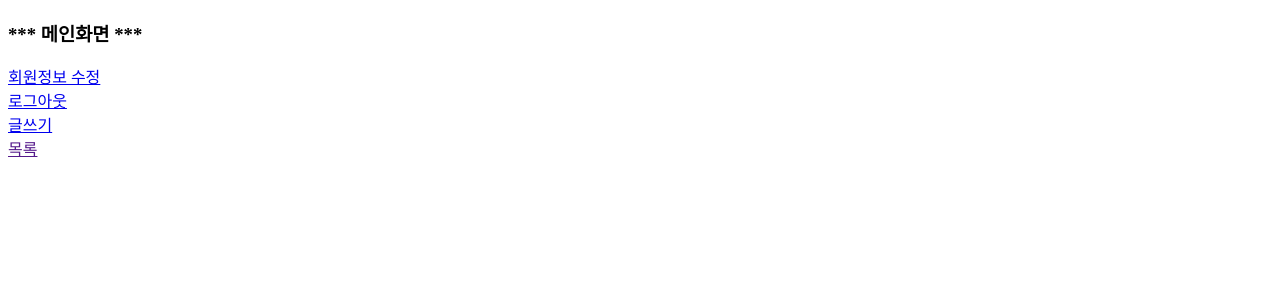
Repository: dahye1013/java-basic-learning
Page: http://localhost/memberJSP/main/index.jsp
An editor plug-in stored every save of this project. The page is shown before and after the next save, followed by the edit.
The browser window is 1280 px wide. The pictures show the whole page.
The page is served by Tomcat 9.

Above is the page before, as saved 2020-06-10 02:40:30.

After the next save:
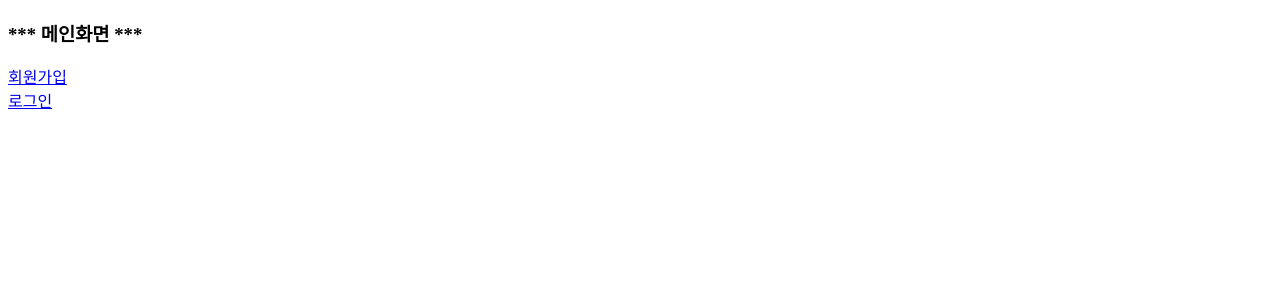
Saved 33 s later.
--- a/memberJSP/WebContent/main/index.jsp
+++ b/memberJSP/WebContent/main/index.jsp
@@ -9,7 +9,7 @@
 <body>
 <h3>*** 메인화면 ***</h3>
 
-<% if(session.getId()==null){%>
+<% if(session.getId()!=null){%>
 <a href="http://localhost:8080/memberJSP/member/writeForm.jsp">회원가입</a><br>
 <a href="../member/loginForm.jsp">로그인</a><br>
 <% }else{%>
